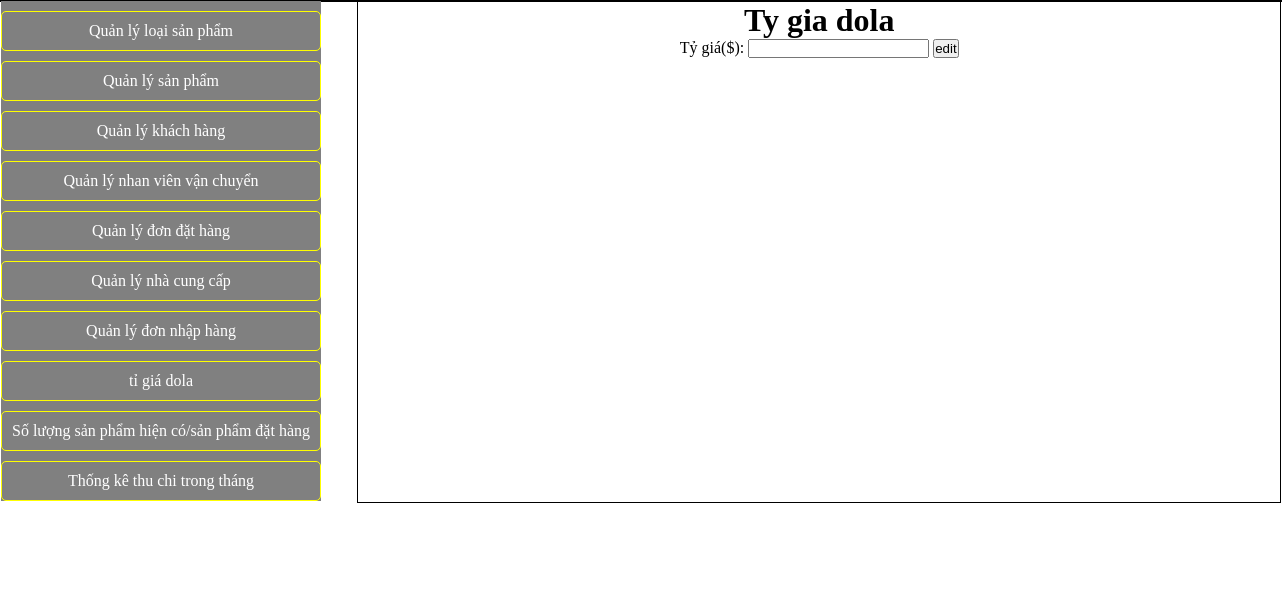
Repository: tranminhtam92/web
Page: http://localhost/demoview/admin/Tygiado.jsp
The author's editor kept a copy of each file at every save. The page is drawn from the files as they stood at one save, then again after the next save.
The browser window is 1280 px wide. The page is 1282 px wide, so the pictures cover 1282 px, including what lies to the right of the window. The pictures show the whole page.
The page is served by Tomcat 9. Other server files are loaded and not shown.

Above is the page before, as saved 2016-12-26 06:49:27.

### Code/demoview/WebContent/admin/Tygiado.jsp
<%@ page language="java" contentType="text/html; charset=UTF-8"
    pageEncoding="UTF-8"%>
      <%@ taglib uri="http://java.sun.com/jsp/jstl/core" prefix="c"%>
        <%@ taglib prefix="fmt" uri="http://java.sun.com/jsp/jstl/fmt" %>
<!DOCTYPE html PUBLIC "-//W3C//DTD HTML 4.01 Transitional//EN" "http://www.w3.org/TR/html4/loose.dtd">
<html>
<head>
<meta http-equiv="Content-Type" content="text/html; charset=UTF-8">
<link href="${pageContext.request.contextPath}/admin/Adminstyle.css" rel="stylesheet" type="text/css">
<title>Tỉ giá dola</title>
</head>
<body>
<div class="wrapper">
<div class="content">
<div class="left">
<jsp:include page="menu.jsp"></jsp:include>
</div>
<div class="right">
<h1>Ty gia dola</h1>
<form action="${pageContext.request.contextPath}/Tygiado" method="post">

Tỷ giá($): <input type="number" name="tygiado" min="1" value="${tygiado}">
<input type="submit" value="edit" name="key"/>
</form>


</div>
</div>
</div>
</body>
</html>

### Code/demoview/WebContent/admin/menu.jsp
<%@ page language="java" contentType="text/html; charset=UTF-8"
    pageEncoding="UTF-8"%>
      <%@ taglib uri="http://java.sun.com/jsp/jstl/core" prefix="c"%>
          <%@ taglib prefix="fmt" uri="http://java.sun.com/jsp/jstl/fmt" %>
<!DOCTYPE html PUBLIC "-//W3C//DTD HTML 4.01 Transitional//EN" "http://www.w3.org/TR/html4/loose.dtd">
<html>
<head>
<meta http-equiv="Content-Type" content="text/html; charset=UTF-8">
<link href="${pageContext.request.contextPath}/admin/Adminstyle.css" rel="stylesheet" type="text/css">
<title>Quản lý sản phẩm</title>
</head>
<body>
<ul>
<li><a href="${pageContext.request.contextPath}/AdminProducttype?key=view"> Quản lý loại sản phẩm</a>
<li><a href="${pageContext.request.contextPath}/Adminproduct?key=view"> Quản lý sản phẩm</a>
<li><a href="${pageContext.request.contextPath}/Admincustomer?key=view"> Quản lý khách hàng</a>
<li><a href="${pageContext.request.contextPath}/Adminemployee?key=view"> Quản lý nhan viên vận chuyển</a>
<li><a href="${pageContext.request.contextPath}/Adminorder?key=view"> Quản lý đơn đặt hàng</a>
<li><a href="${pageContext.request.contextPath}/Adminmanufactor?key=view"> Quản lý nhà cung cấp</a>
<li><a href="${pageContext.request.contextPath}/Adminimportproduct?key=view"> Quản lý đơn nhập hàng</a>
<li><a href="${pageContext.request.contextPath}/Tygiado?key=view"> tỉ giá dola</a>
<c:if test="${sessionScope.role!=null}">
<c:if test="${sessionScope.role=='quantri'}">
<li><a href="${pageContext.request.contextPath}/Adminnhanvienduyetdon?key=view"> Quản lý nhân viên</a>
</c:if>
</c:if>
<li><a href="${pageContext.request.contextPath}/Reportproduct"> Số lượng sản phẩm hiện có/sản phẩm đặt hàng</a>
<li><a href="${pageContext.request.contextPath}/Report_revenues_and_expenditures"> Thống kê thu chi trong tháng</a>
</ul>
</body>

### Code/demoview/WebContent/admin/Adminstyle.css
@CHARSET "ISO-8859-1";
*{
    margin: 0;
    padding: 0;
    text-decoration: none;
}
div{
	display: block;
}

td{
	text-align: center;
}
ul li{
		text-decoration: none;
	list-style-type: none;
}
a{

		text-decoration: none;
	list-style-type: none;
}
.wrapper{
	width: 100%;
	height:auto;
}
.content{
		width: 100%;
	height:auto;
		border: 1px solid black;
}
.content .left{
	width: 25%;
	height: auto;
	float:left;

	background-color: gray;
}
.content .left ul{
	margin-top: auto;
	margin-bottom: auto;
}
.content .left ul li a{
	color: white;

}
.content .left ul li a:hover{
	color: yellow;

}
.content .left ul li {
	color:blue;
		border: 1px solid yellow;
		text-align: center;
		margin-top: 10px;
		padding:10px 0 10px 0;
    -moz-border-radius: 5px;
    -webkit-border-radius: 5px;
    -ms-border-radius: 5px;
    -o-border-radius: 5px;
    border-radius: 5px;
}

.content .right{
	text-align:center;
	width: 72%;
	height: 500px;
	float:right;
	border: 1px solid black;
}
.content .right table{

	margin-left:auto;
	margin-right:auto;
	border: 1px solid black;
}
.content .right table tr{


	margin-top: 8px;
}
.content .right table tr th{

	margin-left: 8px;
}
.imgsmall{
	width: 20%;
	height: 20%;
}

After the next save:
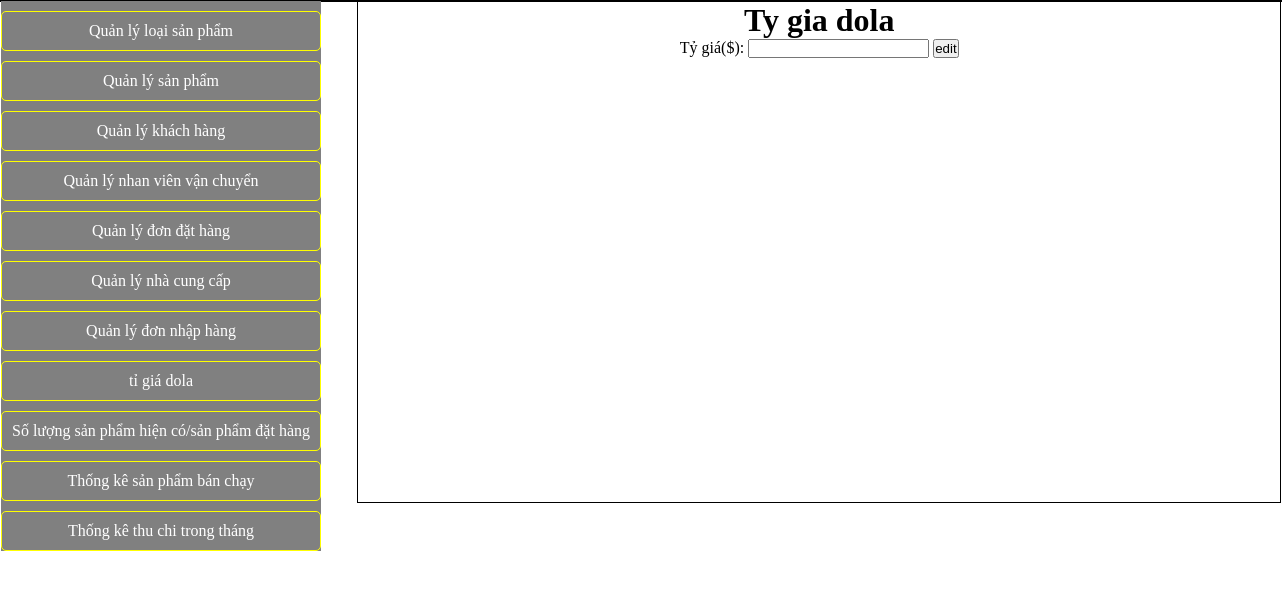
Saved 59 s later.
--- a/Code/demoview/WebContent/admin/menu.jsp
+++ b/Code/demoview/WebContent/admin/menu.jsp
@@ -25,6 +25,7 @@
 </c:if>
 </c:if>
 <li><a href="${pageContext.request.contextPath}/Reportproduct"> Số lượng sản phẩm hiện có/sản phẩm đặt hàng</a>
+<li><a href="${pageContext.request.contextPath}/Reportproduct"> Thống kê sản phẩm bán chạy</a>
 <li><a href="${pageContext.request.contextPath}/Report_revenues_and_expenditures"> Thống kê thu chi trong tháng</a>
 </ul>
 </body>
